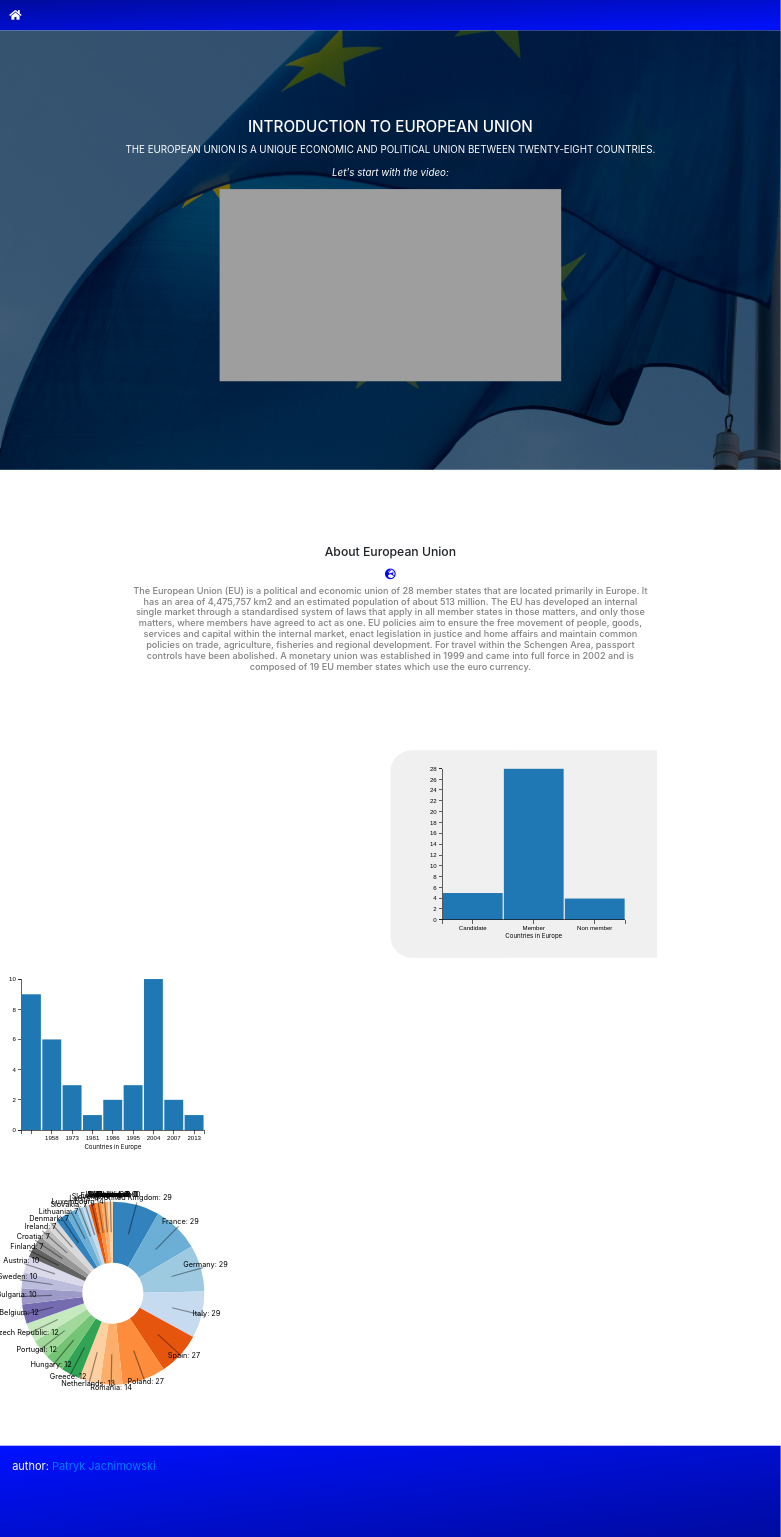
Repository: pjachimowski/renewable
Page: index.html
The author's editor kept a record of every edit. The page is drawn from the files as they stood at one moment, then again after the next edit.
The browser window is 1280 px wide. The pictures show the whole page, at 61% of full size.
Pictures or frames that could not be fetched are drawn as grey boxes. Backgrounds fixed to the window are drawn as part of the page. Some web fonts or font styles are not loaded; a fallback is used. Some web libraries are served in a nearby version.

Above is the page before.

After the next edit:
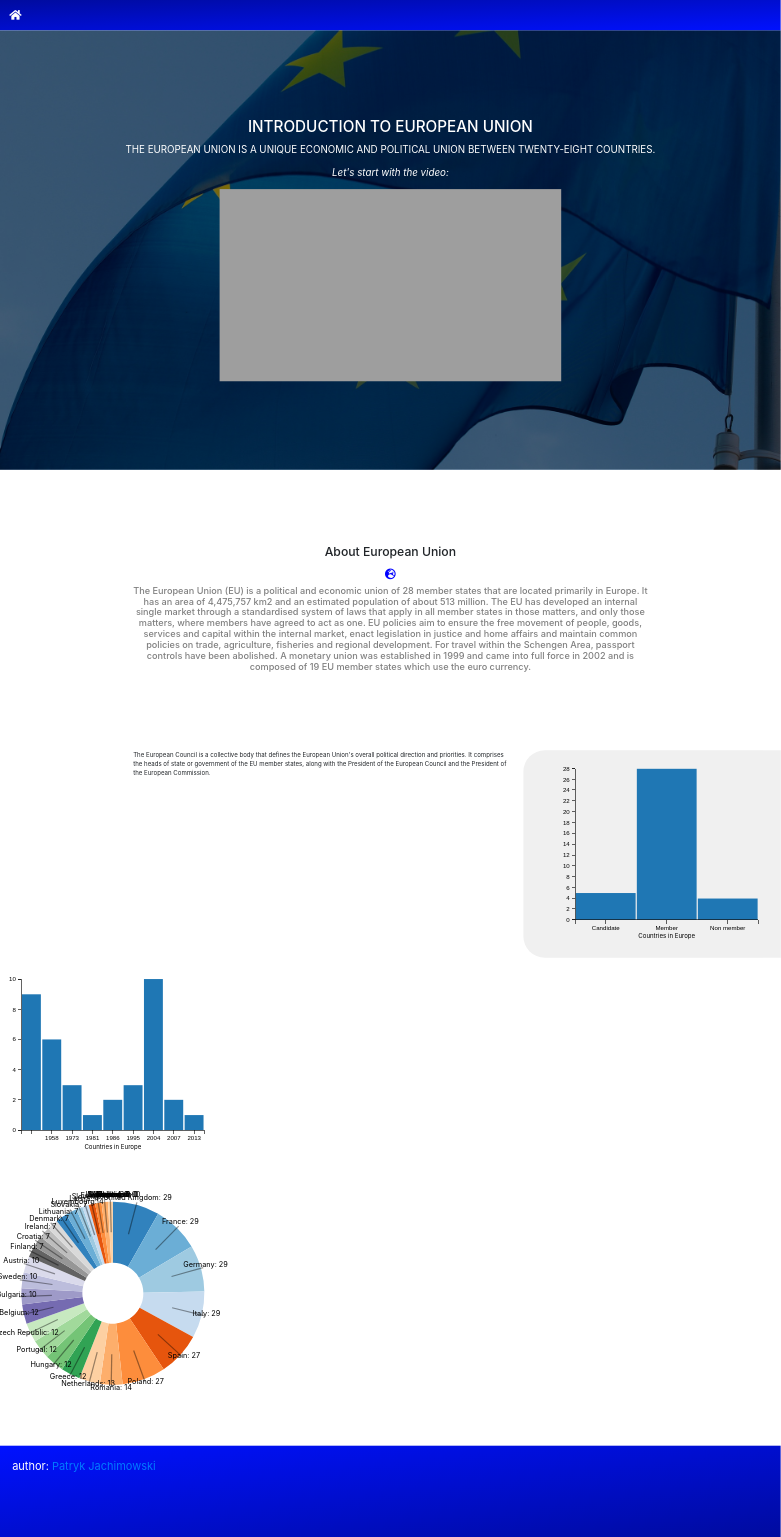
The edit:
--- a/index.html
+++ b/index.html
@@ -87,8 +87,8 @@
             <div class="col-2">
 
             </div>
-            <div class="col-4">
-
+            <div class="col-6">
+                <p>The European Council is a collective body that defines the European Union's overall political direction and priorities. It comprises the heads of state or government of the EU member states, along with the President of the European Council and the President of the European Commission.</p>
             </div>
             <div class="col-4 card-styling">
                 <div class="charts" id="members_balance">
